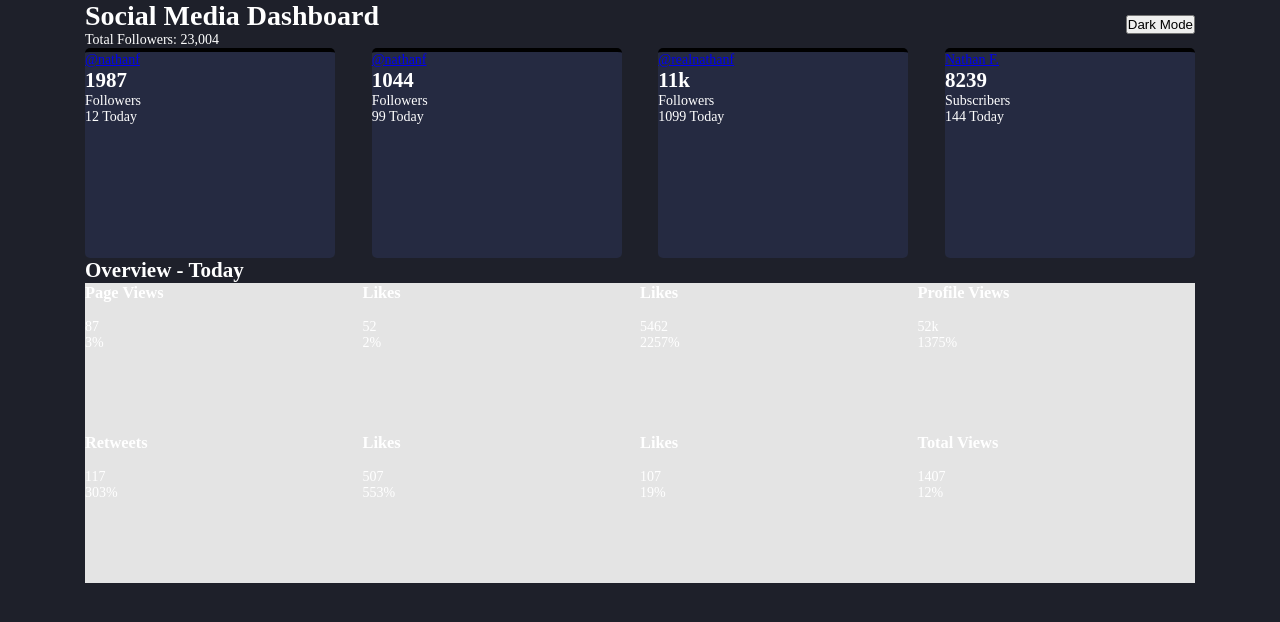
Repository: mamulini/social-media-dashboard-with-theme-switcher-master
Page: index.html
The author's editor kept a copy of each file at every save. The page is drawn from the files as they stood at one save, then again after the next save.
The browser window is 1280 px wide. The pictures show the whole page.

Above is the page before, as saved 2020-04-06 12:57:47.

### index.html
<!DOCTYPE html>
<html lang="en">

<head>
  <meta charset="UTF-8">
  <meta name="viewport" content="width=device-width, initial-scale=1.0">
  <link rel="icon" type="image/png" sizes="32x32" href="./images/favicon-32x32.png">
  <link rel="stylesheet" href="./css/style.css">
  <title>Frontend Mentor | [Challenge Name Here]</title>
</head>

<body>
  <main class="dashboard container">
    <header class="header">
      <div class="title">
        <h1 class="title__name">Social Media Dashboard</h1>
        <p class="title__total">Total Followers: 23,004</p>
      </div>
      <button class="theme" type="button">Dark Mode</button>
    </header>
    <div class="followers_block">
      <div class="folowers">
        <a class="followers__link" href="#">@nathanf</a>
        <h2 class="followers__sum">1987</h2>
        <p class="followers__title">Followers</p>
        <p class="followers__today">12 Today</p>
      </div>
      <div class="folowers">
        <a class="followers__link" href="#">@nathanf
        </a>
        <h2 class="followers__sum">1044</h2>
        <p class="followers__title">Followers</p>
        <p class="followers__today">99 Today</p>
      </div>
      <div class="folowers">
        <a class="followers__link" href="#">@realnathanf


        </a>
        <h2 class="followers__sum">11k</h2>
        <p class="followers__title">Followers</p>
        <p class="followers__today">1099 Today</p>
      </div>
      <div class="folowers">
        <a class="followers__link" href="#">Nathan F.
        </a>
        <h2 class="followers__sum">8239</h2>
        <p class="followers__title">Subscribers</p>
        <p class="followers__today">144 Today</p>
      </div>

    </div>
    <div class="overview">
      <h2 class="overview__title">Overview - Today</h2>
    </div>
    <div class="likes_counter">
      <div class="likes">
        <h3 class="likes__title">Page Views</h3>
        <img src="" alt="" class="like__icon">
        <p class="likes__num">87</p>
        <p class="likes__procent">3%</p>
      </div>
      <div class="likes">
        <h3 class="likes__title">Likes</h3>
        <img src="" alt="" class="like__icon">
        <p class="likes__num">52</p>
        <p class="likes__procent">2%</p>
      </div>
      <div class="likes">
        <h3 class="likes__title">Likes</h3>
        <img src="" alt="" class="like__icon">
        <p class="likes__num">5462</p>
        <p class="likes__procent">2257%</p>
      </div>
      <div class="likes">
        <h3 class="likes__title">Profile Views</h3>
        <img src="" alt="" class="like__icon">
        <p class="likes__num">52k</p>
        <p class="likes__procent">1375%</p>
      </div>
      <div class="likes">
        <h3 class="likes__title">Retweets</h3>
        <img src="" alt="" class="like__icon">
        <p class="likes__num">117</p>
        <p class="likes__procent">303%</p>
      </div>
      <div class="likes">
        <h3 class="likes__title">Likes</h3>
        <img src="" alt="" class="like__icon">
        <p class="likes__num">507</p>
        <p class="likes__procent">553%</p>
      </div>
      <div class="likes">
        <h3 class="likes__title">Likes</h3>
        <img src="" alt="" class="like__icon">
        <p class="likes__num">107</p>
        <p class="likes__procent">19%</p>
      </div>
      <div class="likes">
        <h3 class="likes__title">Total Views</h3>
        <img src="" alt="" class="like__icon">
        <p class="likes__num">1407</p>
        <p class="likes__procent">12%</p>
      </div>
    </div>
  </main>
  <!-- <div class="attribution">
    Challenge by <a href="https://www.frontendmentor.io?ref=challenge" target="_blank">Frontend Mentor</a>.
    Coded by <a href="#">Your Name Here</a>.
  </div> -->
</body>

</html>

### css/style.css
*{
    padding: 0;
    margin: 0;
    box-sizing: border-box;
}

body{
    font-size: 14px;
    background: hsl(230, 17%, 14%);
    color: #ffffff;
}

.container{
    max-width: 1110px;
    margin: 0 auto;

}

.header{
    display: flex;
    justify-content: space-between;
    align-items: center;
}

.followers_block{
    display: flex;
    justify-content: space-between;
}

.folowers{
    width: 250px;
    height: 210px;
    background: #e4e4e4;
    border-top: 4px solid #000;
    border-radius: 5px;
    background: hsl(228, 28%, 20%);
}

.likes_counter{
    display: flex;
    justify-content: space-between;
    flex-wrap: wrap;
}

.likes{
    flex: 0 0 25%;
    width: 250px;
    height: 150px;
    background: #e4e4e4;
}






.attribution { font-size: 11px; text-align: center; }
.attribution a { color: hsl(228, 45%, 44%); }

After the next save:
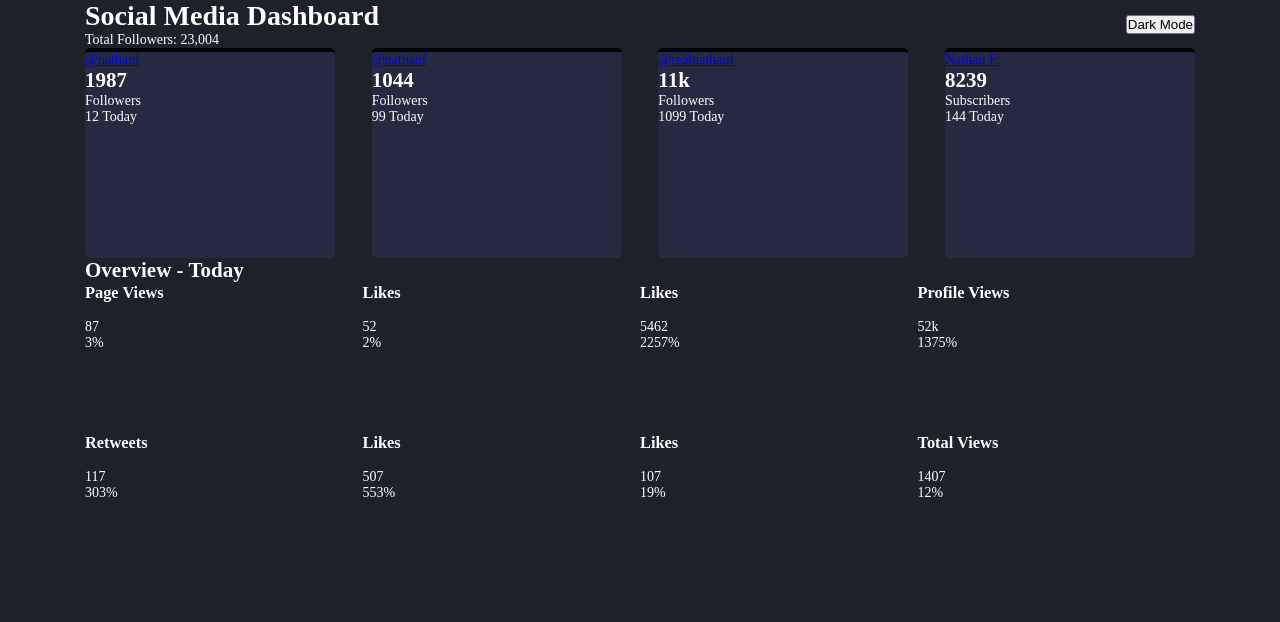
Saved 26 s later.
--- a/css/style.css
+++ b/css/style.css
@@ -46,7 +46,7 @@ body{
     flex: 0 0 25%;
     width: 250px;
     height: 150px;
-    background: #e4e4e4;
+    background: #background: hsl(228, 28%, 20%);;
 }
 
 
